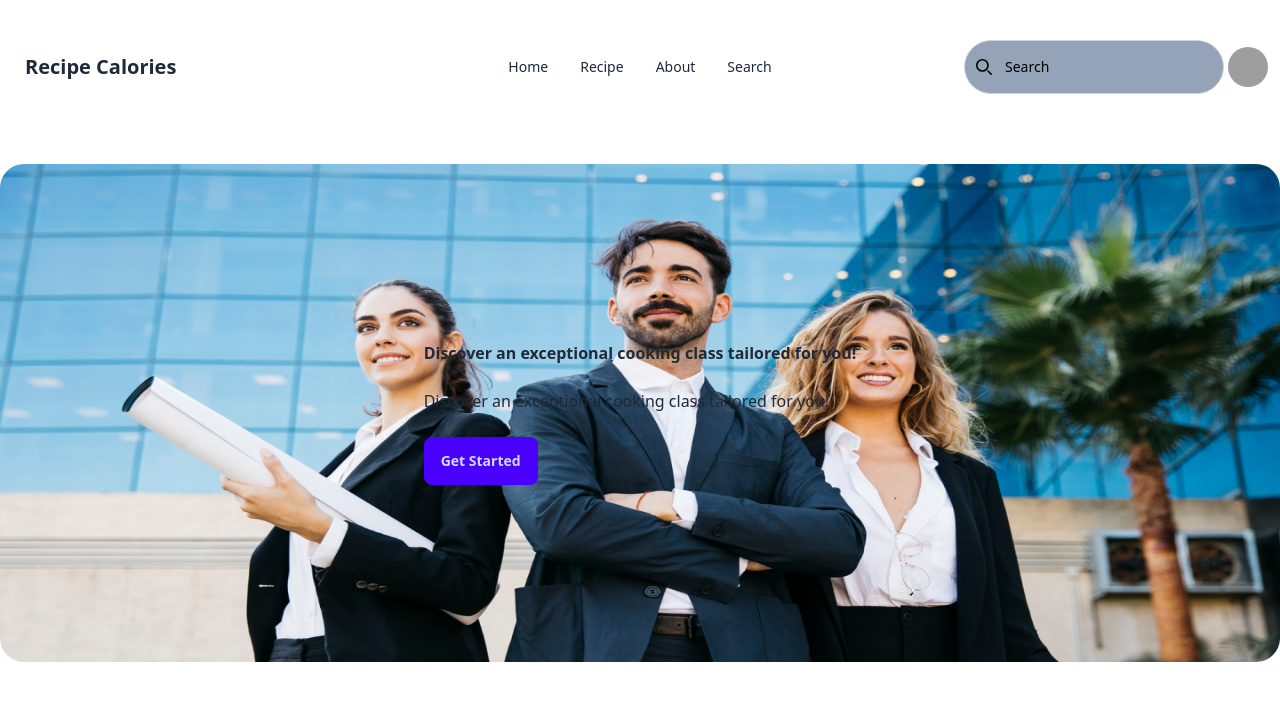
Repository: RudrasahaDibos/Chefs-table
Page: /
The author's editor kept a copy of each file at every save. The page is drawn from the files as they stood at one save, then again after the next save.
The browser window is 1280 px wide. The pictures show the whole page.
Pictures or frames that could not be fetched are drawn as grey boxes. The project was rebuilt for these pictures with package versions that can differ from the ones it lists, and the page was loaded fresh each time. Also part of the build but not shown: vite.config.js, src/App.css.

Above is the page before, as saved 2024-12-19 09:48:19.

### src/App.jsx

import './App.css'
import Banner from './Component/Banner/Banner'
import Header from './Component/Header/Header'
import Recipes from './Component/Recipes/Recipes'

function App() {


  return (
    <div className='container mx-auto'>
        <Header></Header>
        <Banner></Banner>
        <Recipes></Recipes>

    </div>
  )
}

export default App

### src/Component/Banner/Banner.jsx
import img from '../Banner/Image/Rectangle 12.png'

const Banner = () => {
    return (
        <div className='max-w-7xl mx-auto '>
            <div className="hero ">
     <img src={img} alt="" className='h-4/5 w-full rounded-3xl' />
  <div className="hero-content ">
    <div className="max-w-md">
      <h1 className="text-xxl font-bold">Discover an exceptional cooking class tailored for you!</h1>
      <p className="py-6">
      Discover an exceptional cooking class tailored for you!
      </p>
      <button className="btn btn-primary">Get Started</button>
    </div>
  </div>
</div>
        </div>
    );
};

export default Banner;

### src/Component/Header/Header.jsx

const Header = () => {
    return (
        <div className="max-w-7xl mx-auto mt-8">
              <div className="navbar bg-base-100">
  <div className="navbar-start">
    <div className="dropdown">
      <div tabIndex="0" role="button" className="btn btn-ghost lg:hidden">
        <svg
          xmlns="http://www.w3.org/2000/svg"
          className="h-5 w-5"
          fill="none"
          viewBox="0 0 24 24"
          stroke="currentColor">
          <path
            strokeLinecap="round"
            strokeLinejoin="round"
            strokeWidth="2"
            d="M4 6h16M4 12h8m-8 6h16" />
        </svg>
      </div>
      <ul
        tabIndex="0"
        className="menu menu-sm dropdown-content bg-base-100 rounded-box z-[1] mt-3 w-52 p-2 shadow">
        <li><a>Home</a></li>
      <li><a>Recipe</a></li>
      <li><a>About</a></li>
      <li><a>Search</a></li>
      </ul>
    </div>
    <a className="btn btn-ghost text-xl font-bold">Recipe Calories</a>
  </div>
  <div className="navbar-center hidden lg:flex">
    <ul className="menu menu-horizontal px-1">
      <li><a>Home</a></li>
      <li><a>Recipe</a></li>
      <li><a>About</a></li>
      <li><a>Search</a></li>
    </ul>
  </div>
  <div className="navbar-end ">
  <div className="form-control ">


<form className="max-w-md mx-auto">
    <div className="relative">
        <div className="absolute inset-y-0 start-0 flex items-center ps-3 pointer-events-none">
            <svg className="w-4 h-4 text-black dark:text-gray-400" aria-hidden="true" xmlns="http://www.w3.org/2000/svg" fill="none" viewBox="0 0 20 20">
                <path stroke="currentColor" strokeLinecap="round" strokeLinejoin="round" strokeWidth="2" d="m19 19-4-4m0-7A7 7 0 1 1 1 8a7 7 0 0 1 14 0Z"/>
            </svg>
        </div>
        <input type="search" id="default-search" className="block w-full p-4 ps-10 text-sm text-black border border-gray-300  bg-slate-400 focus:ring-blue-500 rounded-full focus:border-blue-500 dark:bg-gray-700 dark:border-gray-600 placeholder-black dark:text-white dark:focus:ring-blue-500 dark:focus:border-blue-500" placeholder="Search " required />

    </div>
</form>


    </div>
    <div tabIndex="0" role="button" className="btn btn-ghost btn-circle avatar">
        <div className="w-10 rounded-full">
          <img
            alt="Tailwind CSS Navbar component"
            src="https://img.daisyui.com/images/stock/photo-1534528741775-53994a69daeb.webp" />
        </div>
      </div>
  </div>
</div>
        </div>
    );
};

export default Header;

### src/Component/Recipes/Recipes.jsx
import React from 'react';

const Recipes = () => {
    return (
        <div>

        </div>
    );
};

export default Recipes;

Loaded but not shown: index.html (common file); src/main.jsx (common file); src/index.css (common file); tailwind.config.js (common file)

After the next save:
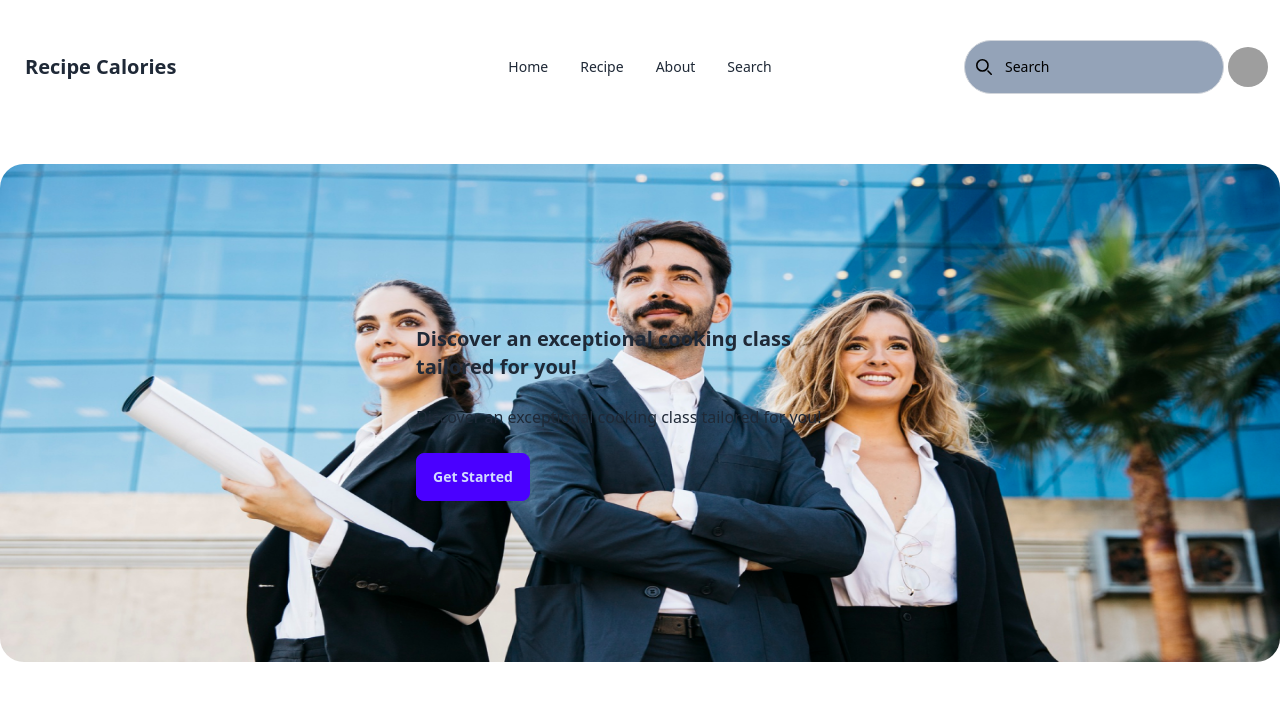
Saved 5 s later.
--- a/src/Component/Banner/Banner.jsx
+++ b/src/Component/Banner/Banner.jsx
@@ -7,7 +7,7 @@ const Banner = () => {
      <img src={img} alt="" className='h-4/5 w-full rounded-3xl' />
   <div className="hero-content ">
     <div className="max-w-md">
-      <h1 className="text-xxl font-bold">Discover an exceptional cooking class tailored for you!</h1>
+      <h1 className="text-xl font-bold">Discover an exceptional cooking class tailored for you!</h1>
       <p className="py-6">
       Discover an exceptional cooking class tailored for you!
       </p>
